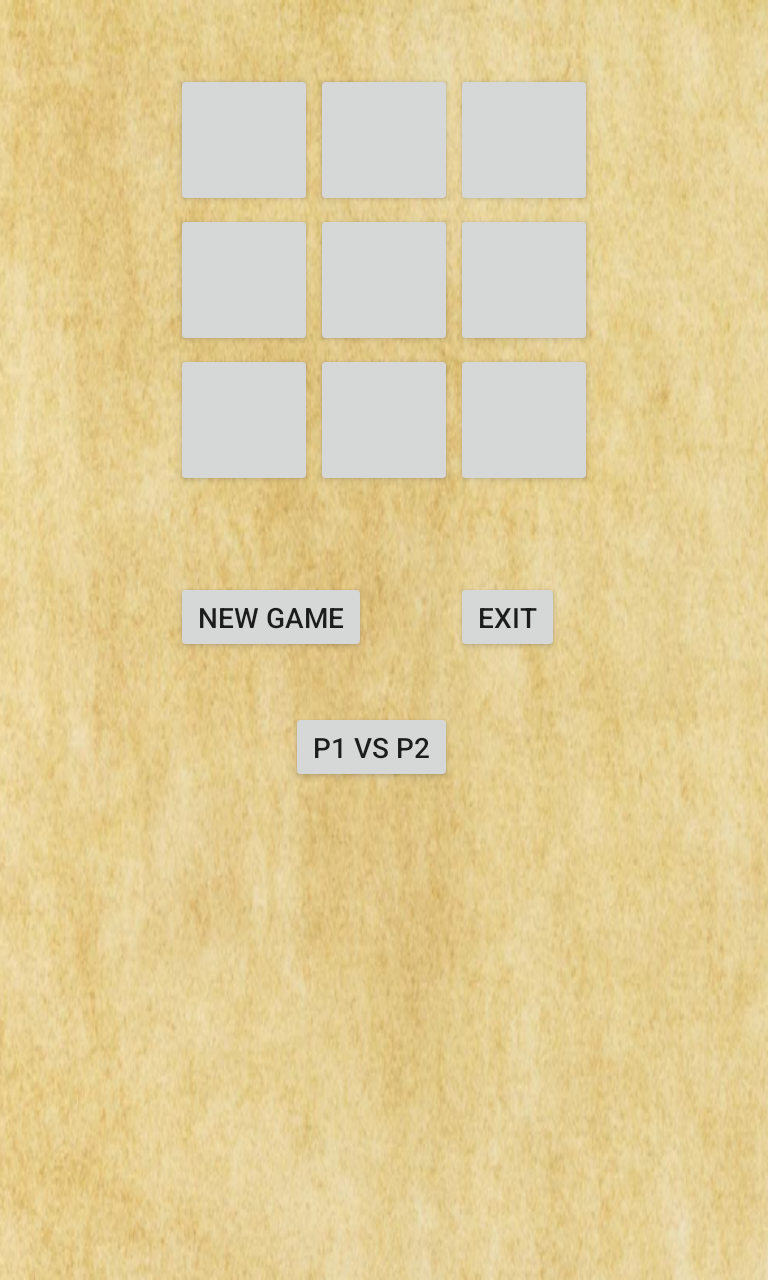
Repository: dtakiy/jogovelha
Layout: games/res/layout/activity_main2.xml
The author's editor kept a copy of each file at every save. The layout is drawn from the files as they stood at one save, then again after the next save.
It is drawn on a 768 x 1280 px phone screen (xhdpi) without system bars, with theme AppTheme; the app's code is not run.

Above is the layout before, as saved 2014-09-18 01:17:39.

After the next save:
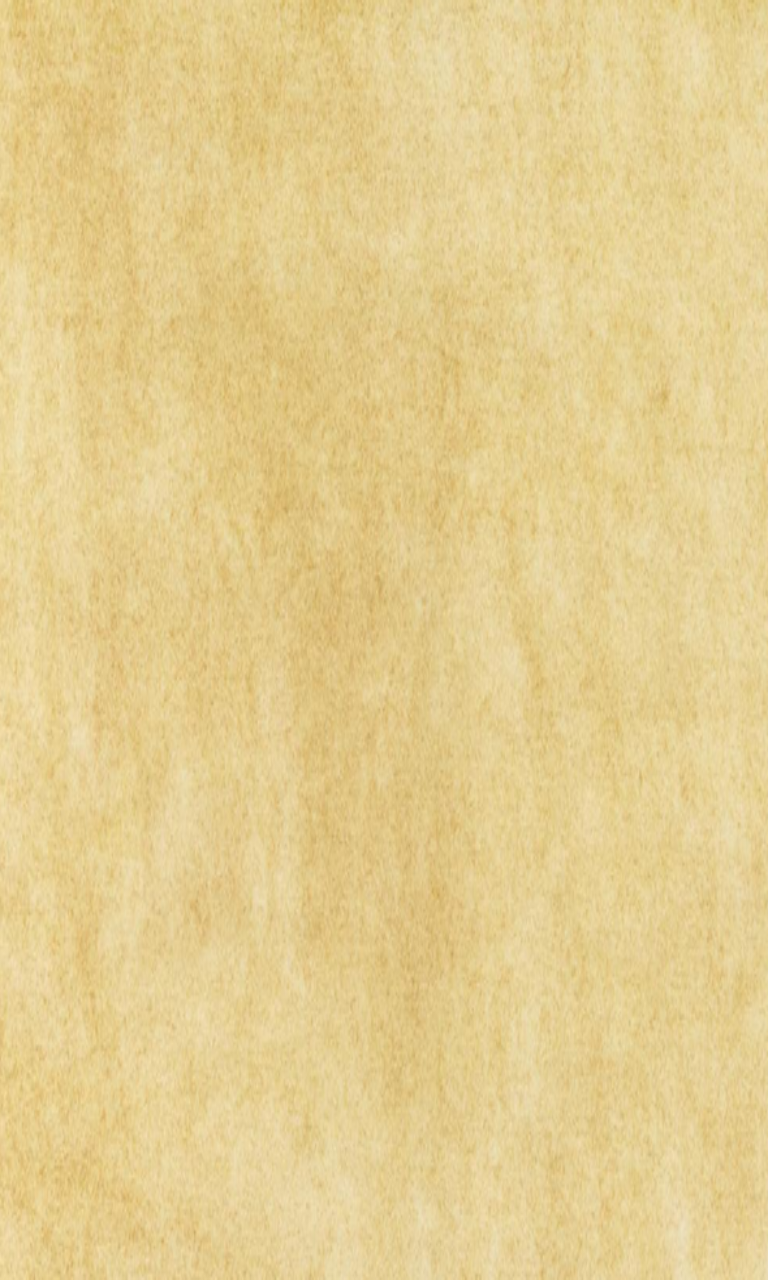
Saved 78 s later.
--- a/games/res/layout/activity_main2.xml
+++ b/games/res/layout/activity_main2.xml
@@ -10,124 +10,6 @@
     tools:context="com.example.games.MainActivity" >
 
 
-	<Button
-	    android:id="@+id/quadrado6"
-	    android:layout_width="wrap_content"
-	    android:layout_height="wrap_content"
-	    android:layout_alignBaseline="@+id/quadrado5"
-	    android:layout_alignBottom="@+id/quadrado5"
-	    android:layout_toRightOf="@+id/quadrado5"
-	    android:minHeight="70dip"
-	    android:minWidth="70dip" />
 
-	<Button
-	    android:id="@+id/quadrado8"
-	    android:layout_width="wrap_content"
-	    android:layout_height="wrap_content"
-	    android:layout_alignBaseline="@+id/quadrado7"
-	    android:layout_alignBottom="@+id/quadrado7"
-	    android:layout_toRightOf="@+id/quadrado4"
-	    android:minHeight="70dip"
-	    android:minWidth="70dip" />
-
-	<Button
-	    android:id="@+id/quadrado3"
-	    android:layout_width="wrap_content"
-	    android:layout_height="wrap_content"
-	    android:layout_alignLeft="@+id/quadrado9"
-	    android:layout_below="@+id/quadrado5"
-	    android:minHeight="70dip"
-	    android:minWidth="70dip" />
-
-	<Button
-	    android:id="@+id/quadrado5"
-	    android:layout_width="wrap_content"
-	    android:layout_height="wrap_content"
-	    android:layout_below="@+id/quadrado1"
-	    android:layout_toRightOf="@+id/quadrado1"
-	    android:minHeight="70dip"
-	    android:minWidth="70dip" />
-
-	<Button
-	    android:id="@+id/quadrado2"
-	    android:layout_width="wrap_content"
-	    android:layout_height="wrap_content"
-	    android:layout_alignBaseline="@+id/quadrado9"
-	    android:layout_alignBottom="@+id/quadrado9"
-	    android:layout_centerHorizontal="true"
-	    android:minHeight="70dip"
-	    android:minWidth="70dip" />
-
-	<Button
-	    android:id="@+id/quadrado1"
-	    android:layout_width="wrap_content"
-	    android:layout_height="wrap_content"
-	    android:layout_alignBaseline="@+id/quadrado2"
-	    android:layout_alignBottom="@+id/quadrado2"
-	    android:layout_toLeftOf="@+id/quadrado2"
-	    android:minHeight="70dip"
-	    android:minWidth="70dip" />
-
-	<Button
-	    android:id="@+id/quadrado9"
-	    android:layout_width="wrap_content"
-	    android:layout_height="wrap_content"
-	    android:layout_alignTop="@+id/camporesultado"
-	    android:layout_marginTop="19dp"
-	    android:layout_toRightOf="@+id/quadrado2"
-	    android:minHeight="70dip"
-	    android:minWidth="70dip" />
-
-	<Button
-	    android:id="@+id/quadrado4"
-	    android:layout_width="wrap_content"
-	    android:layout_height="wrap_content"
-	    android:layout_above="@+id/quadrado3"
-	    android:layout_toLeftOf="@+id/quadrado5"
-	    android:minHeight="70dip"
-	    android:minWidth="70dip" />
-
-	<Button
-	    android:id="@+id/quadrado7"
-	    android:layout_width="wrap_content"
-	    android:layout_height="wrap_content"
-	    android:layout_alignBaseline="@+id/quadrado3"
-	    android:layout_alignBottom="@+id/quadrado3"
-	    android:layout_toLeftOf="@+id/quadrado8"
-	    android:minHeight="70dip"
-	    android:minWidth="70dip" />
-
-		<Button
-		    android:id="@+id/newgame"
-		    android:layout_width="wrap_content"
-		    android:layout_height="wrap_content"
-		    android:layout_alignBaseline="@+id/sair"
-		    android:layout_alignBottom="@+id/sair"
-		    android:layout_alignLeft="@+id/quadrado7"
-		    android:minHeight="20dip"
-		    android:minWidth="20dip"
-		    android:text="@string/newgame" />
-
-		<Button
-		    android:id="@+id/sair"
-		    android:layout_width="wrap_content"
-		    android:layout_height="wrap_content"
-		    android:layout_alignLeft="@+id/quadrado3"
-		    android:layout_below="@+id/quadrado3"
-		    android:layout_marginTop="44dp"
-		    android:minHeight="20dip"
-		    android:minWidth="20dip"
-		    android:text="@string/sair" />
-
-	  <Button
-	      android:id="@+id/p1"
-	      android:layout_width="wrap_content"
-	      android:layout_height="wrap_content"
-	      android:layout_below="@+id/newgame"
-	      android:layout_marginTop="26dp"
-	      android:layout_toLeftOf="@+id/sair"
-	      android:minHeight="20dip"
-	      android:minWidth="20dip"
-	      android:text="@string/p1" />
 
 </RelativeLayout>
